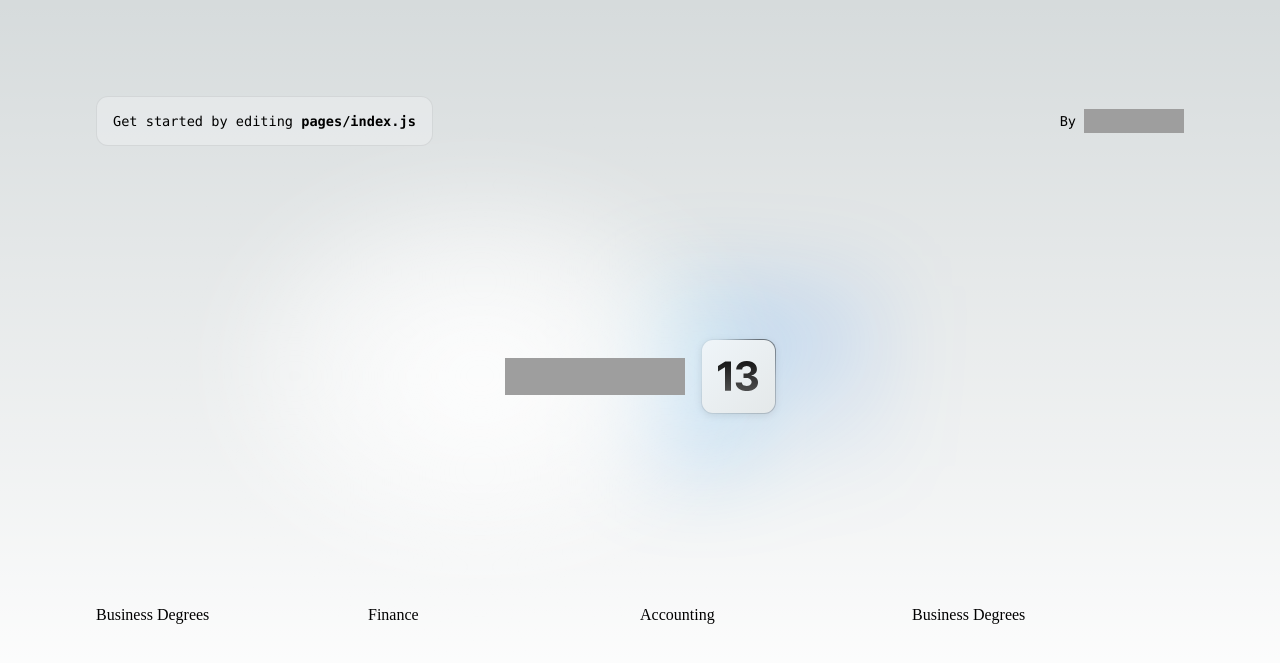
Repository: TeoEstrada9/Week-3-example
Page: /
The author's editor kept a copy of each file at every save. The page is drawn from the files as they stood at one save, then again after the next save.
The browser window is 1280 px wide. The pictures show the whole page.
Pictures or frames that could not be fetched are drawn as grey boxes. The project was rebuilt for these pictures with package versions that can differ from the ones it lists, and the page was loaded fresh each time. The framework's server and built-in components were replaced by stand-ins that run in the browser. Also part of the build but not shown: next.config.js.

Above is the page before, as saved 2023-01-16 10:52:41.

### pages/index.js
import Head from 'next/head'
import Image from 'next/image'
import { Inter } from '@next/font/google'
import styles from '@/styles/Home.module.css'
import data from '../Data/education.json'
import { useState } from 'react'

const inter = Inter({ subsets: ['latin'] })

export default function Home() {

  console.log(data);
  const [information, setInformation] = useState([...data])



  return (
    <>
      <Head>
        <title>Create Next App</title>
        <meta name="description" content="Generated by create next app" />
        <meta name="viewport" content="width=device-width, initial-scale=1" />
        <link rel="icon" href="/favicon.ico" />
      </Head>
      <main className={styles.main}>
        <div className={styles.description}>
          <p>
            Get started by editing&nbsp;
            <code className={styles.code}>pages/index.js</code>
          </p>
          <div>
            <a
              href="https://vercel.com?utm_source=create-next-app&utm_medium=default-template&utm_campaign=create-next-app"
              target="_blank"
              rel="noopener noreferrer"
            >
              By{' '}
              <Image
                src="/vercel.svg"
                alt="Vercel Logo"
                className={styles.vercelLogo}
                width={100}
                height={24}
                priority
              />
            </a>
          </div>
        </div>

        <div className={styles.center}>
          <Image
            className={styles.logo}
            src="/next.svg"
            alt="Next.js Logo"
            width={180}
            height={37}
            priority
          />
          <div className={styles.thirteen}>
            <Image
              src="/thirteen.svg"
              alt="13"
              width={40}
              height={31}
              priority
            />
          </div>
        </div>

        <div className={styles.grid}>
          <div>Business Degrees</div>
          {information && information.map((info, index) => {
            if(info.department === "Business")
            return(
              <div key={index}>{info.degree}</div>
            )

          })}

        <div>Business Degrees</div>
          {information && information.map((info, index) => {
            if(info.department === "C")
            return(
              <div key={index}>{info.degree}</div>
            )

          })}

        </div>
      </main>
    </>
  )
}

### Data/education.json
[
        {
            "studentNumber": "A0004567",
            "firstName": "Person 1",
            "gpa": 3.8,
            "department": "Business",
            "degree": "Finance",
            "graduted": 2014
        },
        {
            "studentNumber": "A0001234",
            "firstName": "Person 2",
            "gpa": 3.5,
            "department": "Business",
            "degree": "Accounting",
            "graduted": 2010
        },
        {
            "studentNumber": "A0007890",
            "firstName": "Person 3",
            "gpa": 3.2,
            "department": "Computing",
            "degree": "Applied Software Development Certificate",
            "graduted": 2018
        },
        {
            "studentNumber": "A0007828",
            "firstName": "Person 4",
            "gpa": 3.9,
            "department": "Computing",
            "degree": "Computer Systems Diploma",
            "graduted": 2021
        },
        {
            "studentNumber": "A0003425",
            "firstName": "Person 5",
            "gpa": 3.2,
            "department": "Computing",
            "degree": "Applied Computer Information Systems Certificate",
            "graduted": 2021
        }
]

Loaded but not shown: pages/_app.js (common file); pages/_document.js (common file); styles/globals.css (common file); styles/Home.module.css (common file)

After the next save:
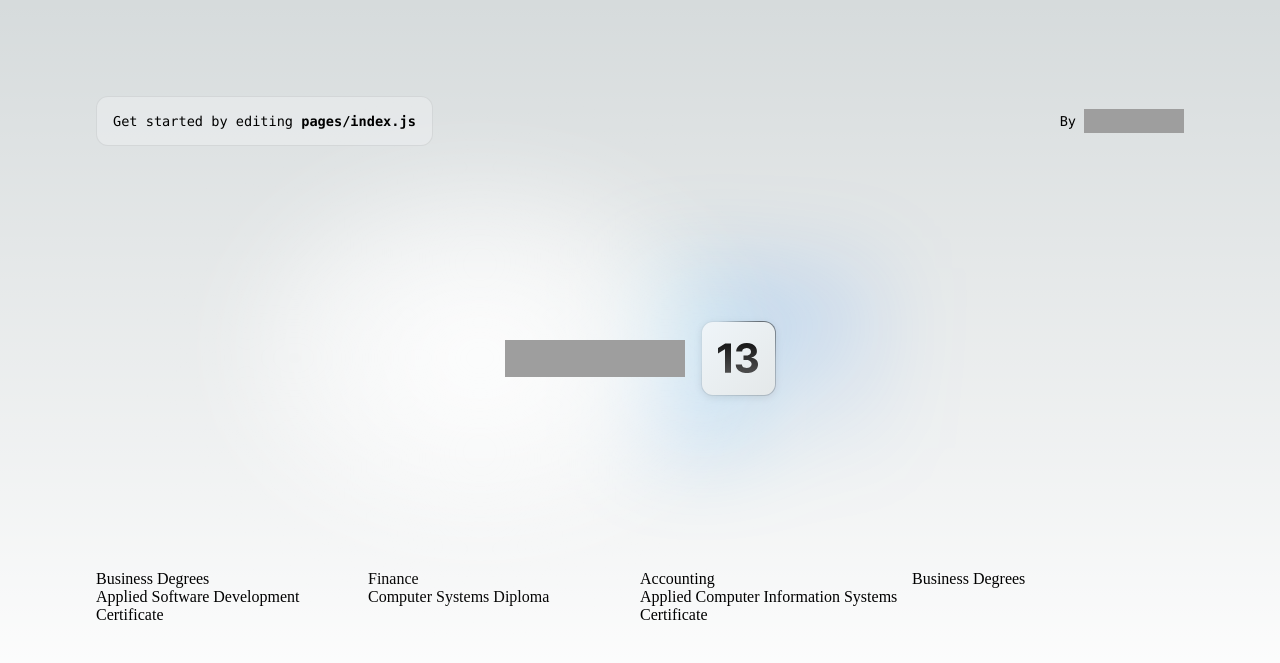
Saved 4 s later.
--- a/pages/index.js
+++ b/pages/index.js
@@ -79,7 +79,7 @@ export default function Home() {
 
         <div>Business Degrees</div>
           {information && information.map((info, index) => {
-            if(info.department === "C")
+            if(info.department === "Computing")
             return(
               <div key={index}>{info.degree}</div>
             )
